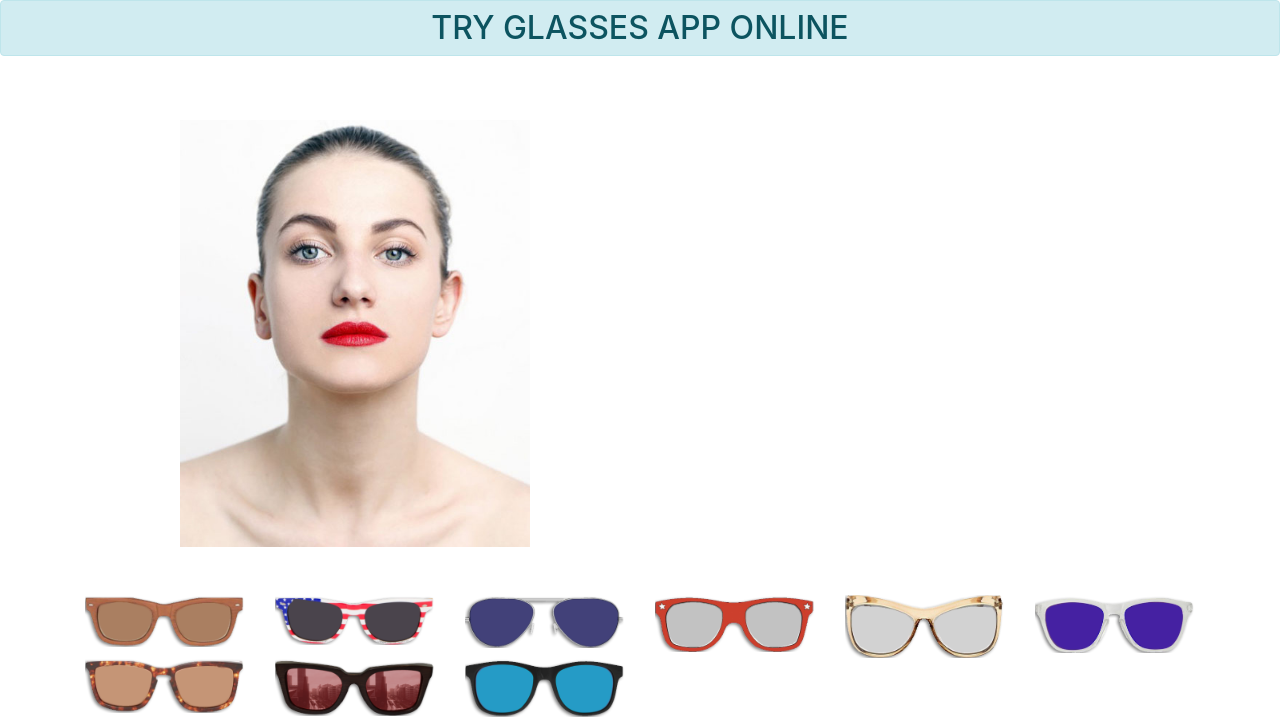
Repository: phongthanhh/ChoseGlass
Page: /
These files come from the project's save history. The page is drawn as it stood at one moment and after the next save; the edit follows.
The browser window is 1280 px wide. The pictures show the whole page.
The project was rebuilt for these pictures with package versions that can differ from the ones it lists, and the page was loaded fresh each time.

Above is the page before, as saved 2022-12-25 16:19:14.

After the next save:
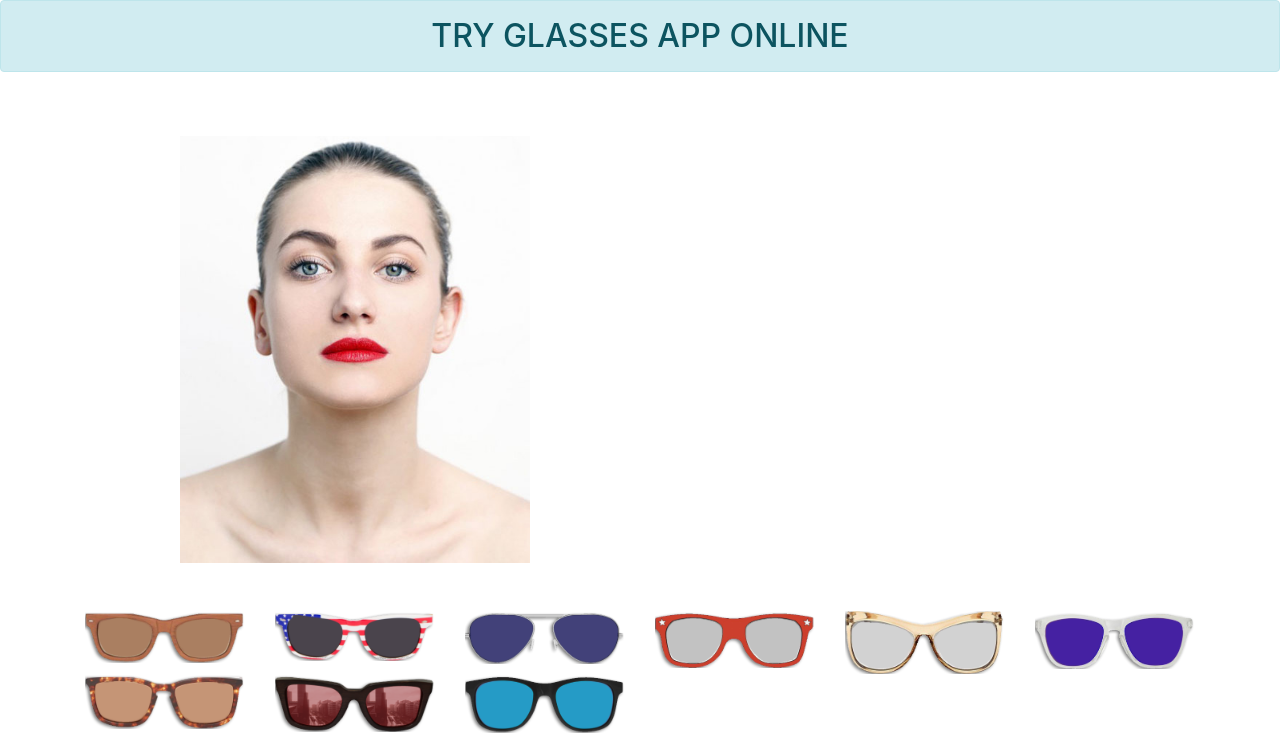
Saved 4 s later.
--- a/src/ChoseGlass/BTGlass.jsx
+++ b/src/ChoseGlass/BTGlass.jsx
@@ -81,7 +81,7 @@
         return (
             <div>
                 <section className='main'>
-                    <h2 className='alert alert-info py-2'>TRY GLASSES APP ONLINE</h2>
+                    <h2 className='alert alert-info py-3'>TRY GLASSES APP ONLINE</h2>
                     <div className="item container">
                         <div className="row py-5">
                             <div className="col-6">
